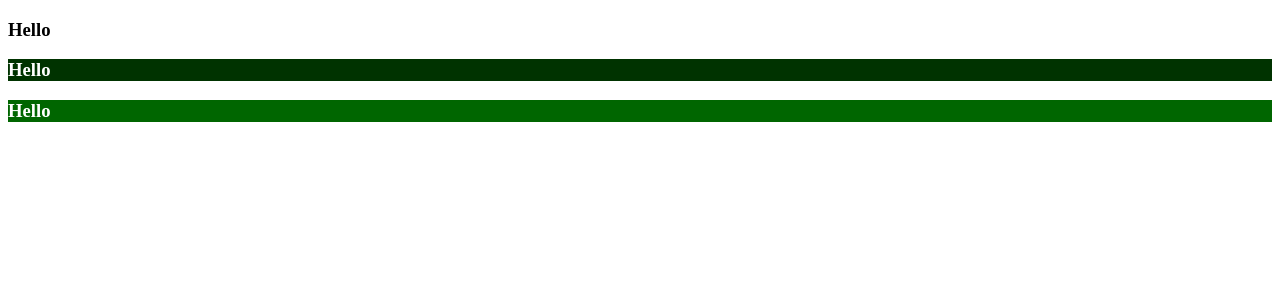
Repository: gwonjunsu95/html5
Page: html5/WebContent/day0504.html
The author's editor kept a copy of each file at every save. The page is drawn from the files as they stood at one save, then again after the next save.
The browser window is 1280 px wide. The pictures show the whole page.

Above is the page before, as saved 2020-04-22 05:01:30.

After the next save:
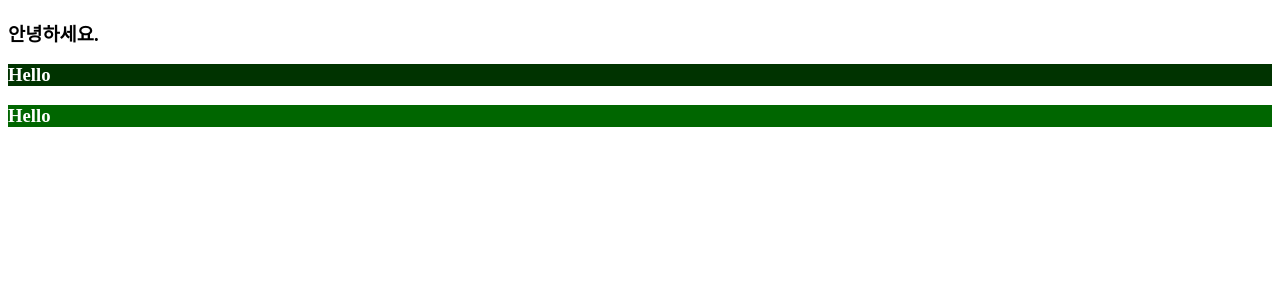
Saved 10 s later.
--- a/html5/WebContent/day0504.html
+++ b/html5/WebContent/day0504.html
@@ -20,8 +20,8 @@
 			texts[i].style.color = "white";
 		}
 
-// 		let query = document.querySelector("h3");
-// 		query.innerText = "안녕하세요.";
+		let query = document.querySelector("h3");
+		query.innerText = "안녕하세요.";
 
 // 		let querys = document.querySelectorAll("h3");
 // 		for(let i = 0; i < querys.length; i++){
